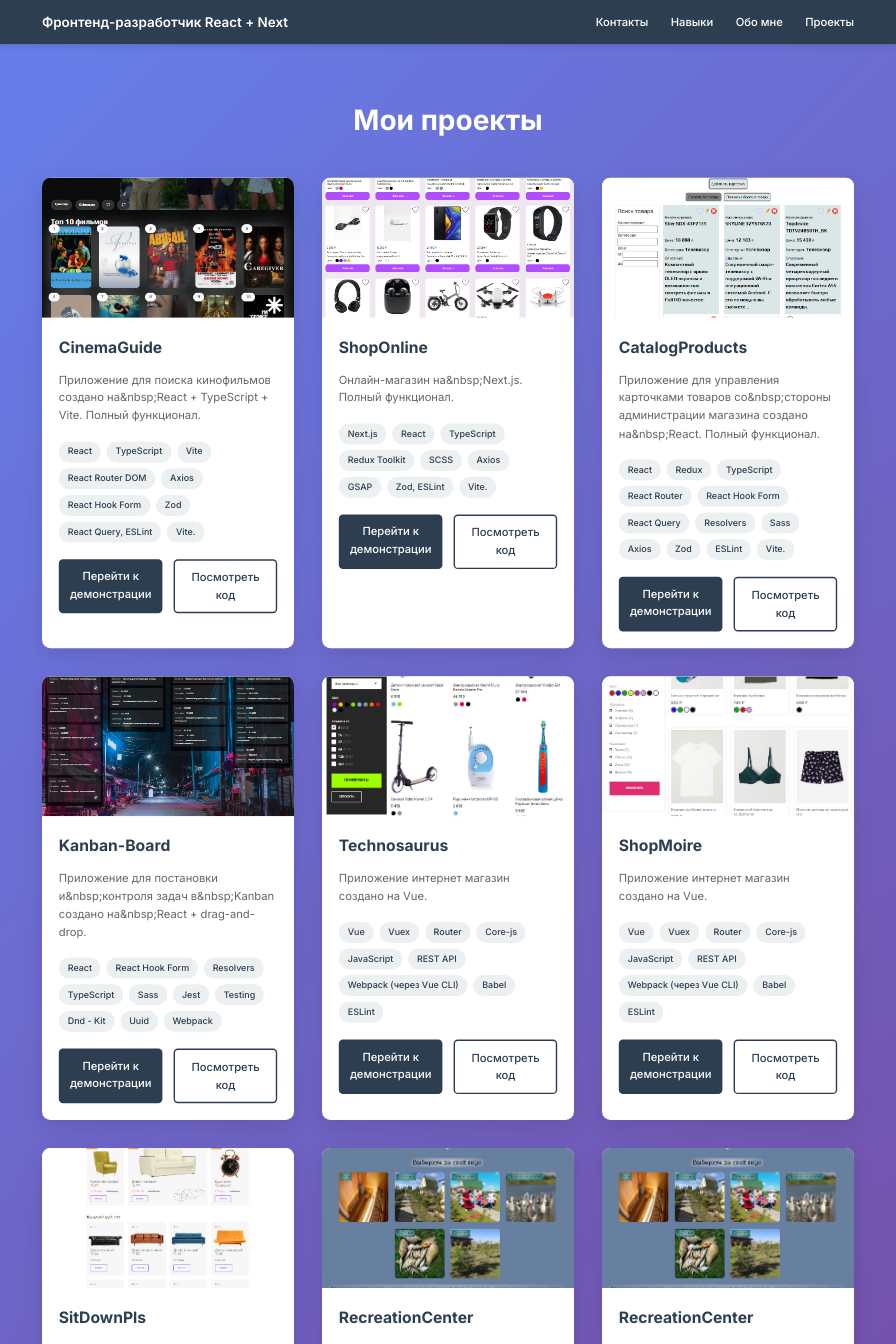
Repository: RostislavZeberg/resume-app
Page: /
These files come from the project's save history. The page is drawn as it stood at one moment and after the next save; the edit follows.
The browser window is 1280 px wide. The pictures show the part of the page from y = 0 to 1920 px (the page is 4990 px tall before and 4977 px after), at 70% of full size.
The project was rebuilt for these pictures with package versions that can differ from the ones it lists, and the page was loaded fresh each time. The framework's server and built-in components were replaced by stand-ins that run in the browser. Also part of the build but not shown: next.config.ts.

Above is the page before, as saved 2025-09-18 19:26:25.

After the next save:
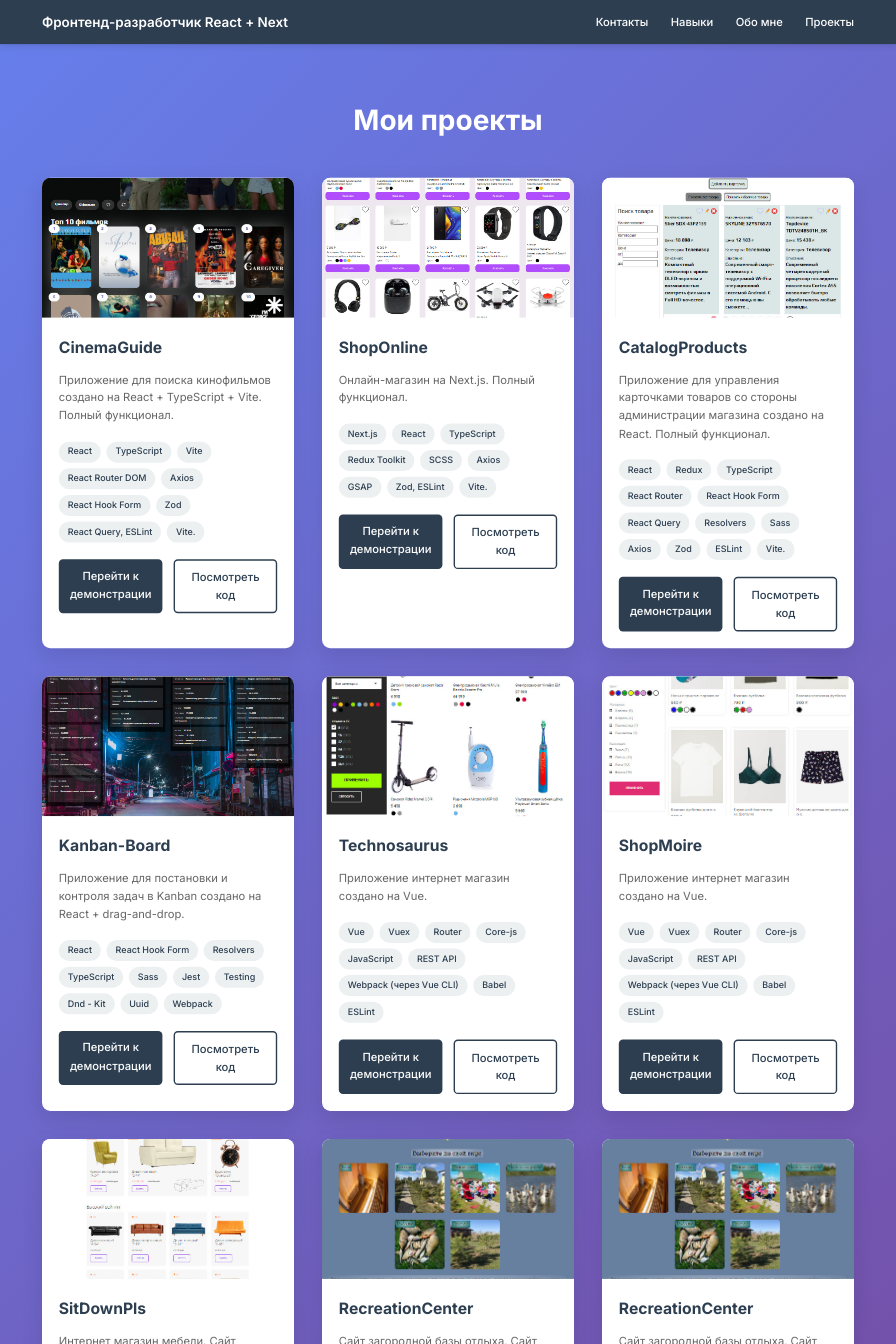
Saved 4 min 2 s later.
--- a/info/projects.ts
+++ b/info/projects.ts
@@ -1,21 +1,21 @@
 export const projects = [
   {
     name: 'CinemaGuide',
-    description: 'Приложение для поиска кинофильмов создано на&nbsp;React + TypeScript + Vite. Полный функционал.',
+    description: 'Приложение для поиска кинофильмов создано на React + TypeScript + Vite. Полный функционал.',
     demoLink: 'https://rostislavzeberg.github.io/CinemaGuide',
     codeLink: 'https://github.com/RostislavZeberg/CinemaGuide/tree/dev',
     technologies: ['React', 'TypeScript', 'Vite', 'React Router DOM', 'Axios', 'React Hook Form', 'Zod', 'React Query, ESLint', 'Vite.']
   },
   {
     name: 'ShopOnline',
-    description: 'Онлайн-магазин на&nbsp;Next.js. Полный функционал.',
+    description: 'Онлайн-магазин на Next.js. Полный функционал.',
     demoLink: 'https://shop-online-omega.vercel.app/',
     codeLink: 'https://github.com/RostislavZeberg/ShopOnline',
     technologies: ['Next.js', 'React', 'TypeScript', 'Redux Toolkit', 'SCSS', 'Axios', 'GSAP', 'Zod, ESLint', 'Vite.']
   },
   {
     name: 'CatalogProducts',
-    description: 'Приложение для управления карточками товаров со&nbsp;стороны администрации магазина создано на&nbsp;React. Полный функционал.',
+    description: 'Приложение для управления карточками товаров со стороны администрации магазина создано на React. Полный функционал.',
     demoLink: 'https://rostislavzeberg.github.io/CatalogProducts',
     codeLink: 'https://github.com/RostislavZeberg/CatalogProducts',
     technologies: ['React', 'Redux', 'TypeScript', 'React Router', 'React Hook Form', 'React Query', 'Resolvers', 'Sass', 'Axios', 'Zod',
@@ -23,7 +23,7 @@ export const projects = [
   },
   {
     name: 'Kanban-Board',
-    description: 'Приложение для постановки и&nbsp;контроля задач в&nbsp;Kanban создано на&nbsp;React + drag-and-drop.',
+    description: 'Приложение для постановки и контроля задач в Kanban создано на React + drag-and-drop.',
     demoLink: 'https://shop-online-omega.vercel.app/',
     codeLink: 'https://github.com/RostislavZeberg/ShopOnline',
     technologies: ['React', 'React Hook Form', 'Resolvers', 'TypeScript', 'Sass', 'Jest', 'Testing', 'Dnd - Kit', 'Uuid', 'Webpack']
